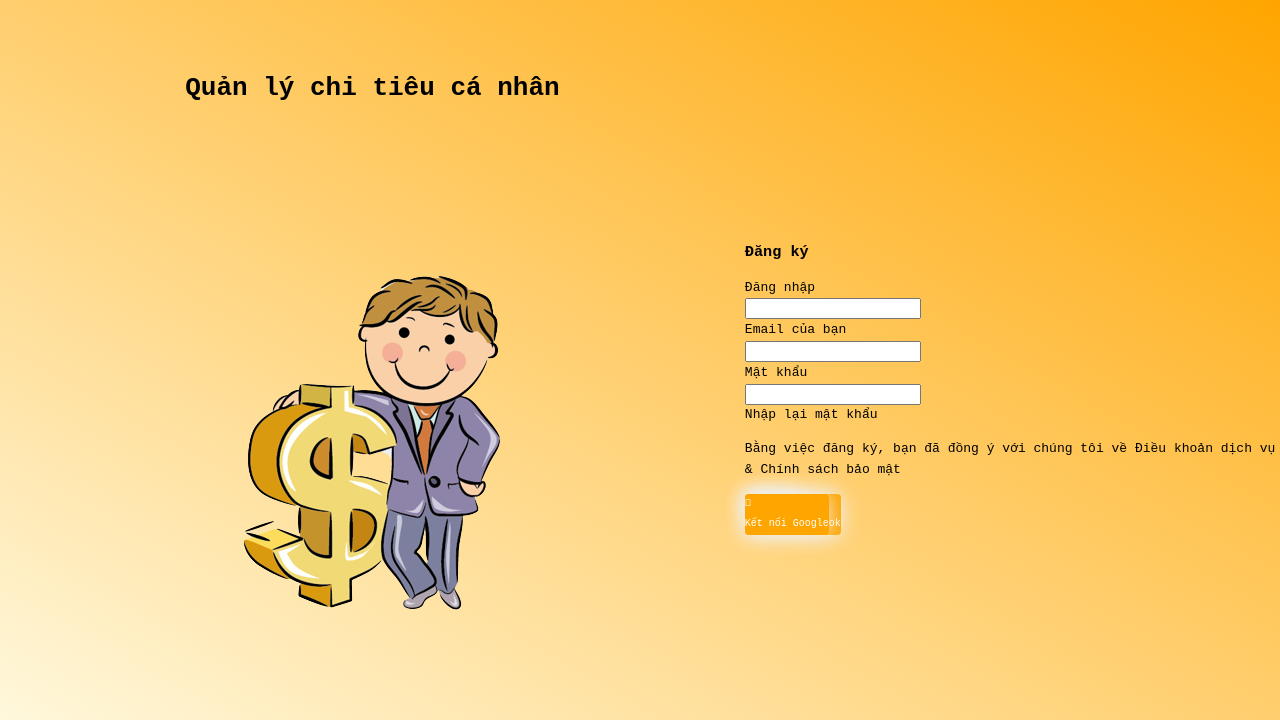
Repository: ximvhs/sochitieu
Page: login.html
An editor plug-in stored every save of this project. The page is shown before and after the next save, followed by the edit.
The browser window is 1280 px wide. The pictures show the whole page.
Some web fonts or font styles are not loaded; a fallback is used.

Above is the page before, as saved 2023-04-05 10:04:37.

After the next save:
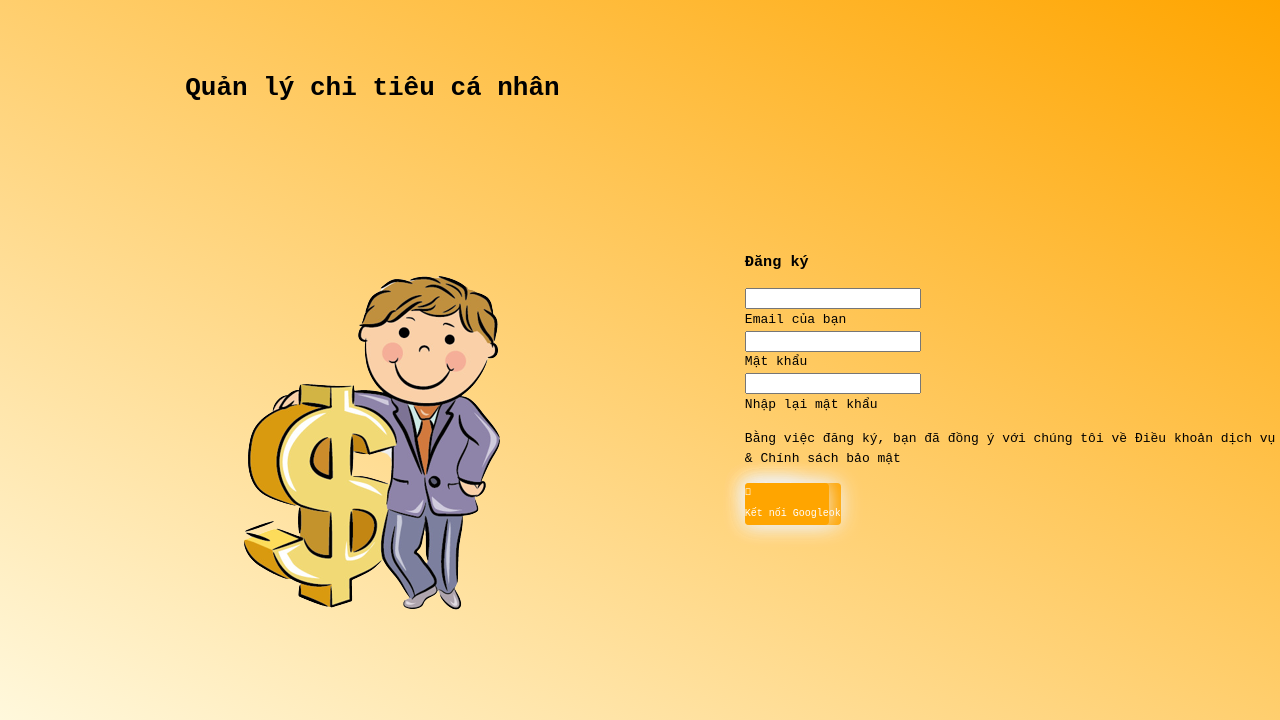
Saved 118 s later.
--- a/login.html
+++ b/login.html
@@ -33,7 +33,6 @@
                         <div class="auth-form__container">
                             <div class="auth-form__header">
                                 <h3 class="auth-form__heading">Đăng ký</h3>
-                                <span class="auth-form__switch-btn js-login">Đăng nhập</span>
                             </div>
 
                             <div class="auth-form__form">
